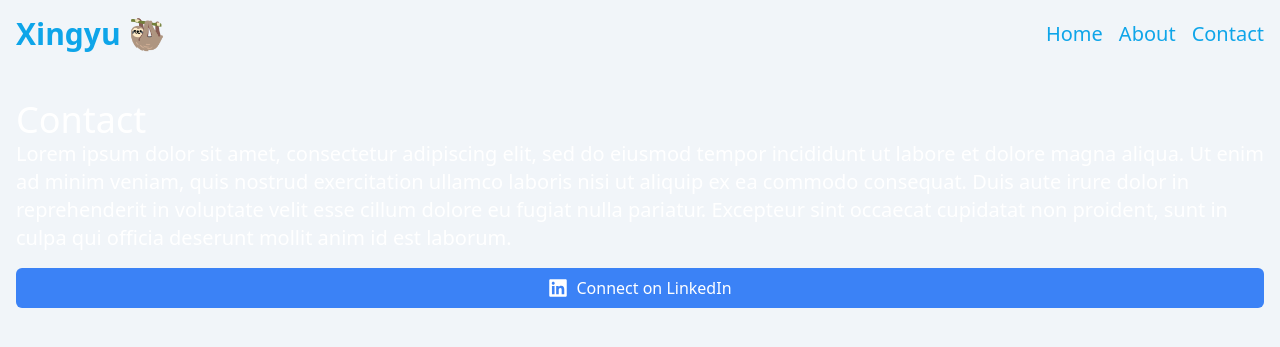
Repository: therealcyberlord/personal-portfolio
Page: /contact
These files come from the project's save history. The page is drawn as it stood at one moment and after the next save; the edit follows.
The browser window is 1280 px wide. The pictures show the whole page.
The project was rebuilt for these pictures with package versions that can differ from the ones it lists, and the page was loaded fresh each time. Also part of the build but not shown: vite.config.ts, src/components/Profile.tsx, src/pages/Home.tsx, src/pages/About.tsx.

Above is the page before, as saved 2023-07-24 21:15:16.

After the next save:
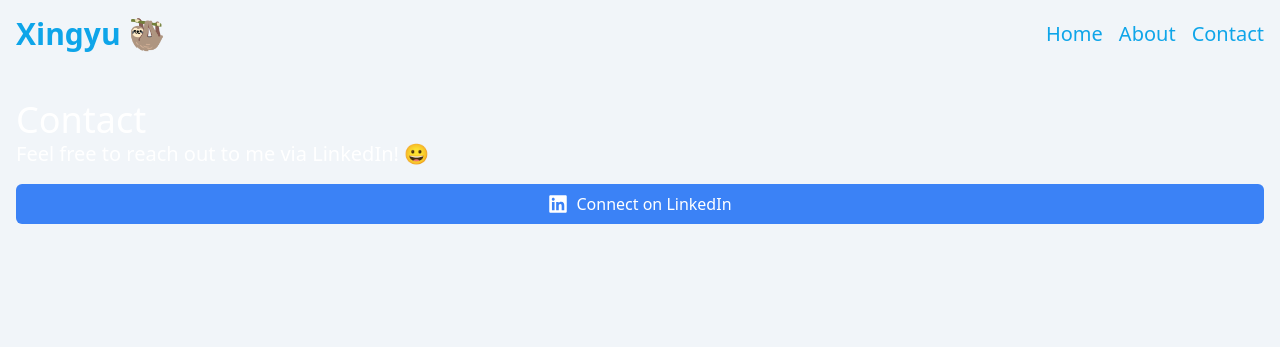
Saved 27 s later.
--- a/src/pages/Contact.tsx
+++ b/src/pages/Contact.tsx
@@ -5,13 +5,7 @@
     <div className="px-4 py-8">
       <h1 className="text-white text-4xl font-medium">Contact</h1>
       <p className="text-white text-xl">
-        Lorem ipsum dolor sit amet, consectetur adipiscing elit, sed do eiusmod
-        tempor incididunt ut labore et dolore magna aliqua. Ut enim ad minim
-        veniam, quis nostrud exercitation ullamco laboris nisi ut aliquip ex ea
-        commodo consequat. Duis aute irure dolor in reprehenderit in voluptate
-        velit esse cillum dolore eu fugiat nulla pariatur. Excepteur sint
-        occaecat cupidatat non proident, sunt in culpa qui officia deserunt
-        mollit anim id est laborum.
+        Feel free to reach out to me via LinkedIn! 😀
       </p>
       <a
         href="https://www.linkedin.com/in/xingyu-bian-1734bb134/"
